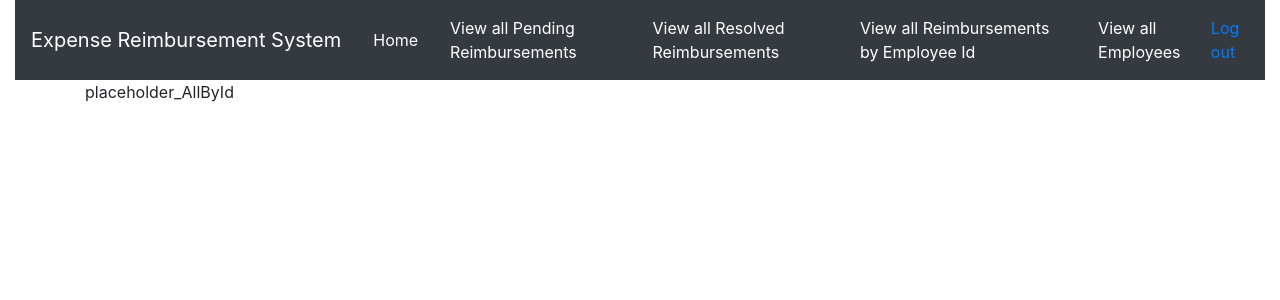
Repository: Trevormulrenin/ers-app
Page: ers-app/src/main/webapp/html/by_id_table.html
An editor plug-in stored every save of this project. The page is shown before and after the next save, followed by the edit.
The browser window is 1280 px wide. The pictures show the whole page.

Above is the page before, as saved 2021-04-01 14:27:27.

After the next save:
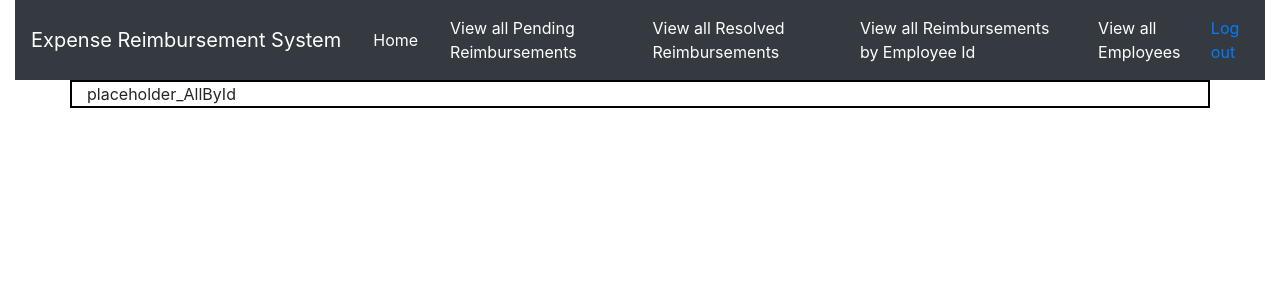
Saved 10 s later.
--- a/ers-app/src/main/webapp/html/by_id_table.html
+++ b/ers-app/src/main/webapp/html/by_id_table.html
@@ -29,6 +29,7 @@ h1 {
 #all-by-id {
 border-collapse: collapse;
 border-spacing: 10px;
+border: 2px solid black;
 }
 
 </style>
